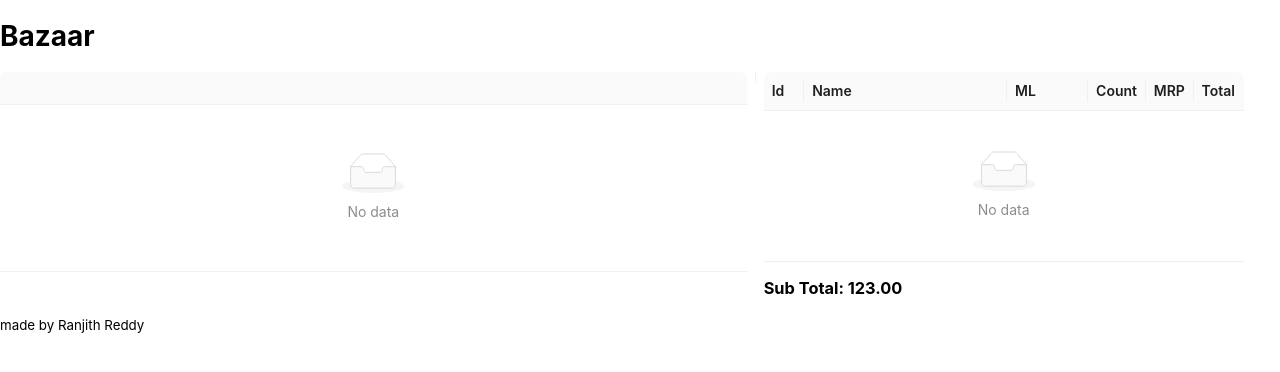
Repository: rxg8255/bazaar
Page: /
An editor plug-in stored every save of this project. The page is shown before and after the next save, followed by the edit.
The browser window is 1280 px wide. The pictures show the whole page.
The page's requests for data from a server got no answer. The project was rebuilt for these pictures with package versions that can differ from the ones it lists, and the page was loaded fresh each time. No one was signed in, and anything a server would have sent is missing. Also part of the build but not shown: src/App.css.

Above is the page before, as saved 2024-01-27 22:26:49.

### src/App.js
import Cart from "./Cart";
import "./App.css";
import Product from "./Products";
import { Row, Col, Divider } from "antd";
import React, { useState } from "react";

function App() {
  const [cartData, setCartData] = useState(null);

  const handleData = (data) => {
    setCartData(data);
    console.log(data);
  };

  const addData = (data) => {
    cartData.forEach((c) => {
      if (c === data) {
        c.count += 1;
      }
    });
    setCartData(data);
    console.log(data);
  };

  const delData = (data) => {
    cartData.forEach((c) => {
      if (c === data) {
        c.count += 1;
      }
    });
    setCartData(data);
    console.log(data);
  };

  return (
    <div className="container">
      <Row>
        <Col span={24}>
          <h1>Bazaar</h1>
        </Col>
      </Row>
      <Row>
        <Col span={14}>
          <Product cartData={cartData} onData={addData} />
        </Col>
        <Divider type="vertical" />
        {/* <Col span={1}></Col> */}
        <Col span={9}>
          <Cart cartData={cartData} />
        </Col>
      </Row>
      <footer>
        <small>made by Ranjith Reddy</small>
      </footer>
    </div>
  );
}

export default App;

### src/Cart.js
import React, { useState, useEffect, useRef } from "react";
import { Table } from "antd";

function Cart(cartListData) {
  const columns = [
    {
      title: "Id",
      dataIndex: "key",
      width: 40,
      fixed: "left",
    },
    {
      title: "Name",
      dataIndex: "name",
      width: 200,
      fixed: "left",
    },
    {
      title: "ML",
      dataIndex: "quantity",
      width: 80,
      fixed: "left",
    },
    {
      title: "Count",
      dataIndex: "count",
      width: 40,
      fixed: "left",
    },
    {
      title: "MRP",
      dataIndex: "mrp_price",
      width: 40,
      fixed: "left",
    },
    {
      title: "Total",
      dataIndex: "total_price",
      width: 40,
      fixed: "left",
    },
  ];

  const [cartState, setCartState] = useState([]);
  const prevRef = useRef();
  useEffect(() => {
    setCartState(cartListData);
    prevRef.current = cartState;
  }, [cartListData, cartState]);

  const prev = prevRef.current;

  useEffect(() => {
    // Compare the previous state with the current state
    if (prev !== cartState) {
      // Perform some changes based on the state change
      console.log("State changed from", prev, "to", cartState);
      // Optionally, you can update the state again to trigger a re-render
      setCartState(cartState);
    }
  }, [cartState, prev]); // Pass the state and prev as dependencies

  return (
    <div>
      <Table columns={columns} dataSource={cartState.cartData} size="small" />
      <h3>Sub Total: 123.00</h3>
    </div>
  );
}

export default Cart;

### src/Products.js
import React, { useState, useEffect } from "react";
import axios from "axios";
import { Table, TableRow } from "antd";

function Product(props) {
  const columns = [
    {
      title: "Id",
      dataIndex: "key",
    },
    {
      title: "Name",
      dataIndex: "name",
    },
    {
      title: "ML",
      dataIndex: "quantity",
    },
    {
      title: "Qty",
      dataIndex: "available",
    },
    {
      title: "MRP",
      dataIndex: "mrp_price",
    },
  ];
  const [data, setData] = useState([]);

  useEffect(() => {
    const fetchData = async () => {
      // Try to get the data from the API endpoint
      try {
        // Use axios.get to make a GET request with the URL
        const response = await axios.get(
          "http://127.0.0.1:8000/api/inventory/"
        );
        // Set the data state with the response data
        setData(response.data);
        console.log(response.data);
      } catch (error) {
        // Handle the error if any
        console.error(error);
      }
    };
    // Call the async function
    fetchData();
  }, []);

  const handleRowClick = (item) => {
    console.log(item);
  };

  return (
    <div>
      <Table>
        {data.forEach((item) => (
          <tr>
            {/* key={item.id} item={item} onClick={handleRowClick} */}
            <td>{item.name}</td>
          </tr>
        ))}
      </Table>
    </div>
  );
}

export default Product;

Loaded but not shown: public/index.html (common file); src/index.js (common file); src/index.css (common file); src/reportWebVitals.js (common file)

After the next save:
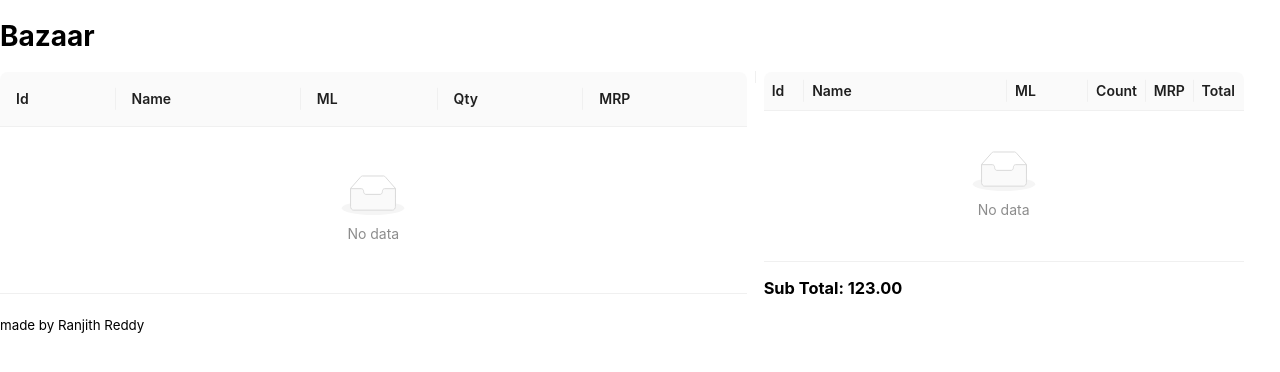
Saved 51 s later.
--- a/src/Products.js
+++ b/src/Products.js
@@ -53,11 +53,10 @@ function Product(props) {
 
   return (
     <div>
-      <Table>
-        {data.forEach((item) => (
-          <tr>
-            {/* key={item.id} item={item} onClick={handleRowClick} */}
-            <td>{item.name}</td>
+      <Table columns={columns}>
+        {data.map((item) => (
+          <tr key={item.key} item={item} onClick={handleRowClick}>
+            <td>Hi</td>
           </tr>
         ))}
       </Table>
